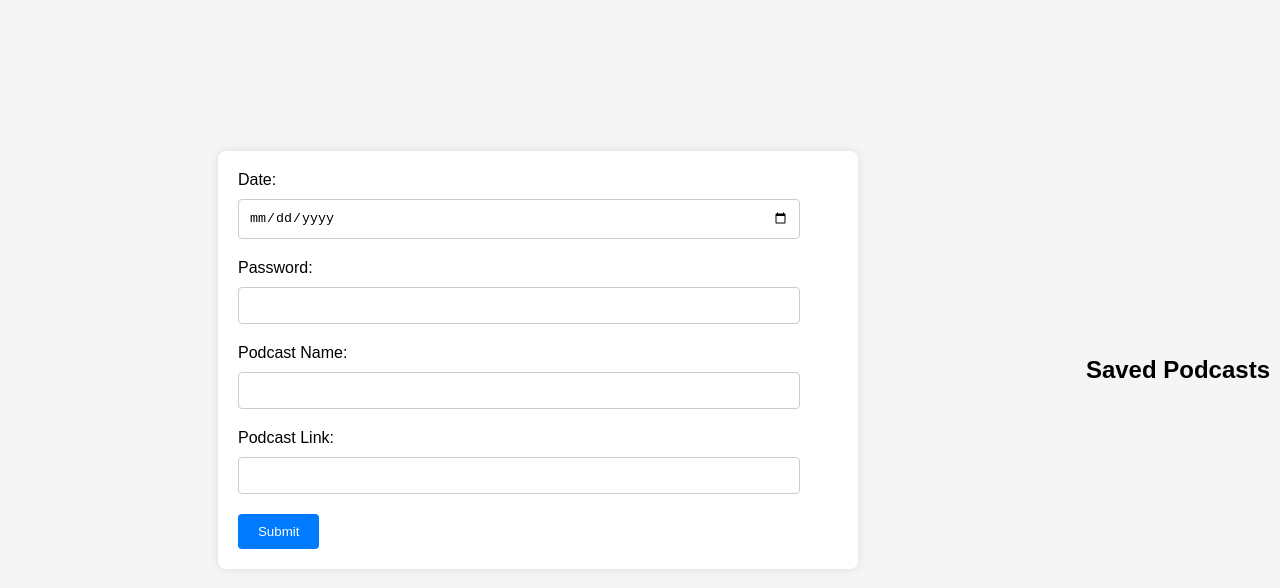
Repository: fechinmitchell/thedailyonepercent
Page: form.html
An editor plug-in stored every save of this project. The page is shown before and after the next save, followed by the edit.
The browser window is 1280 px wide. The pictures show the whole page.

Above is the page before, as saved 2023-06-22 19:55:19.

### form.html
<!DOCTYPE html>
<html>
<head>
  <link rel="stylesheet" type="text/css" href="popup.css">
</head>
<body>
  <form id="podcast-form">
    <label for="date">Date:</label>
    <input type="date" id="date" name="date" required>

    <label for="password">Password:</label>
    <input type="password" id="password" name="password" required>

    <label for="podcastName">Podcast Name:</label>
    <input type="text" id="podcastName" name="podcastName" required>

    <label for="podcastLink">Podcast Link:</label>
    <input type="text" id="podcastLink" name="podcastLink" required>

    <button type="button" id="submit">Submit</button>
  </form>
  <div id="podcast-list">
    <h2>Saved Podcasts</h2>
    <ul id="podcast-list-items">
      <!-- Podcast items will be appended here -->
    </ul>
  </div>
  <script src="form.js"></script>
</body>
</html>

### popup.css
body {
  background-color: #f5f5f5;
  font-family: Arial, sans-serif;
  display: flex;
  justify-content: center;
  align-items: center;
  height: 100vh;
  margin: 0;
}

#podcast-form {
  background-color: white;
  padding: 20px;
  border-radius: 8px;
  box-shadow: 0px 0px 10px rgba(0,0,0,0.1);
  width: 80%;
  max-width: 600px;
  margin: 0 auto;
}

#podcast-form label {
  display: block;
  margin-bottom: 10px;
}

#podcast-form input {
  width: 90%;
  padding: 10px;
  margin-bottom: 20px;
  border-radius: 4px;
  border: 1px solid #ccc;
}

#podcast-form button {
  background-color: #007BFF;
  color: white;
  border: none;
  border-radius: 4px;
  padding: 10px 20px;
  cursor: pointer;
}

#podcast-form button:hover {
  background-color: #0056b3;
}

#logo {
  width: 50px; /* Adjust this to change the size of the logo */
}

#podcast-list {
  margin-top: 20px;
  padding: 10px;
}

#podcast-list-items li {
  margin-bottom: 10px;
}

.delete-btn {
  margin-left: 10px;
  color: red;
  cursor: pointer;
}

### form.js
function loadPodcasts() {
    var podcastList = document.getElementById('podcast-list-items');
    podcastList.innerHTML = '';  // clear the list

    // load all saved podcasts from local storage
    for (var i = 0; i < localStorage.length; i++) {
        var key = localStorage.key(i);
        var podcast = JSON.parse(localStorage.getItem(key));

        var li = document.createElement('li');
        li.innerText = key + ': ' + podcast.name + ' (' + podcast.link + ')';

        var deleteBtn = document.createElement('span');
        deleteBtn.className = 'delete-btn';
        deleteBtn.innerHTML = '&#10006;'; // X symbol
        deleteBtn.addEventListener('click', deletePodcast.bind(null, key));

        li.appendChild(deleteBtn);
        podcastList.appendChild(li);
    }
}

function deletePodcast(key) {
    localStorage.removeItem(key);
    loadPodcasts(); // Reload the podcast list to reflect the deletion
}

document.getElementById('submit').addEventListener('click', function() {
    var password = document.getElementById('password').value;

    if (password === 'your_password_here') {
        var date = new Date(document.getElementById('date').value);
        var dateString = date.toISOString().slice(0,10); // "YYYY-MM-DD"
        var newPodcastName = document.getElementById('podcastName').value;
        var newPodcastLink = document.getElementById('podcastLink').value;

        // Use the date as the key instead of the current day of the month
        localStorage.setItem(dateString, JSON.stringify({ name: newPodcastName, link: newPodcastLink }));
        alert("Podcast info saved for " + dateString + "!");

        // Reload the podcast list to include the new podcast
        loadPodcasts();
    } else {
        alert("Invalid password!");
    }
});

// Load the saved podcasts when the page is opened
loadPodcasts();

After the next save:
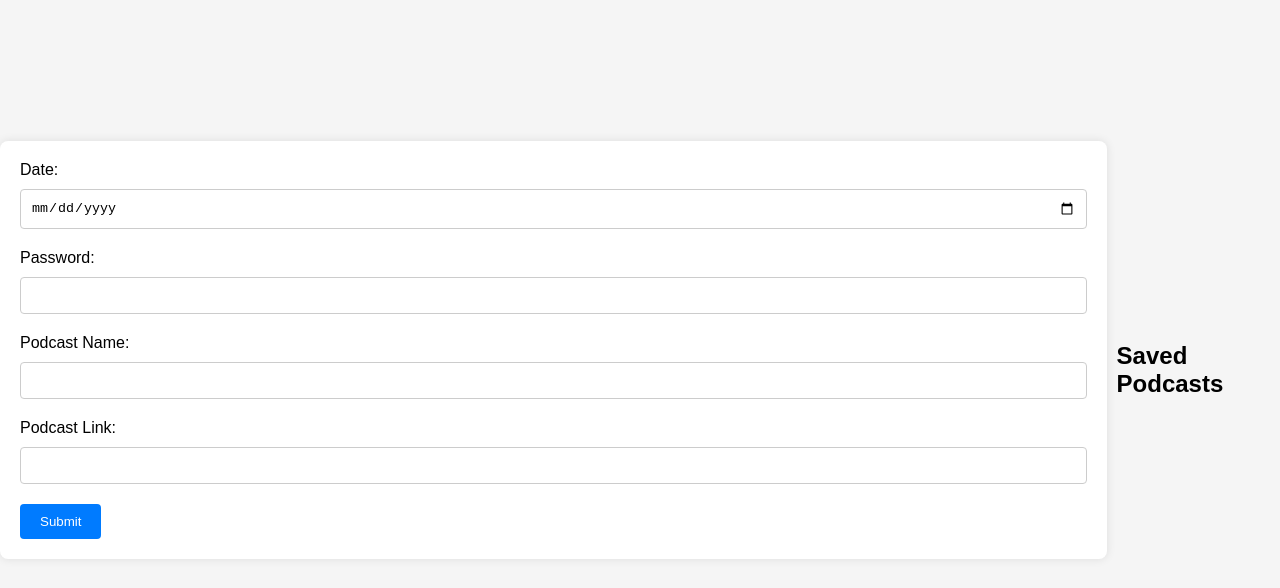
Saved 2 min 0 s later.
--- a/popup.css
+++ b/popup.css
@@ -8,14 +8,20 @@ body {
   margin: 0;
 }
 
+#podcast-form-wrapper {
+  width: 100%;
+  max-width: 600px;
+  margin: 0 auto;
+}
+
 #podcast-form {
   background-color: white;
   padding: 20px;
   border-radius: 8px;
   box-shadow: 0px 0px 10px rgba(0,0,0,0.1);
-  width: 80%;
-  max-width: 600px;
+  width: 100%;
   margin: 0 auto;
+  margin-bottom: 20px;
 }
 
 #podcast-form label {
@@ -24,11 +30,12 @@ body {
 }
 
 #podcast-form input {
-  width: 90%;
+  width: 100%;
   padding: 10px;
   margin-bottom: 20px;
   border-radius: 4px;
   border: 1px solid #ccc;
+  box-sizing: border-box; /* Ensures padding is included in width */
 }
 
 #podcast-form button {
